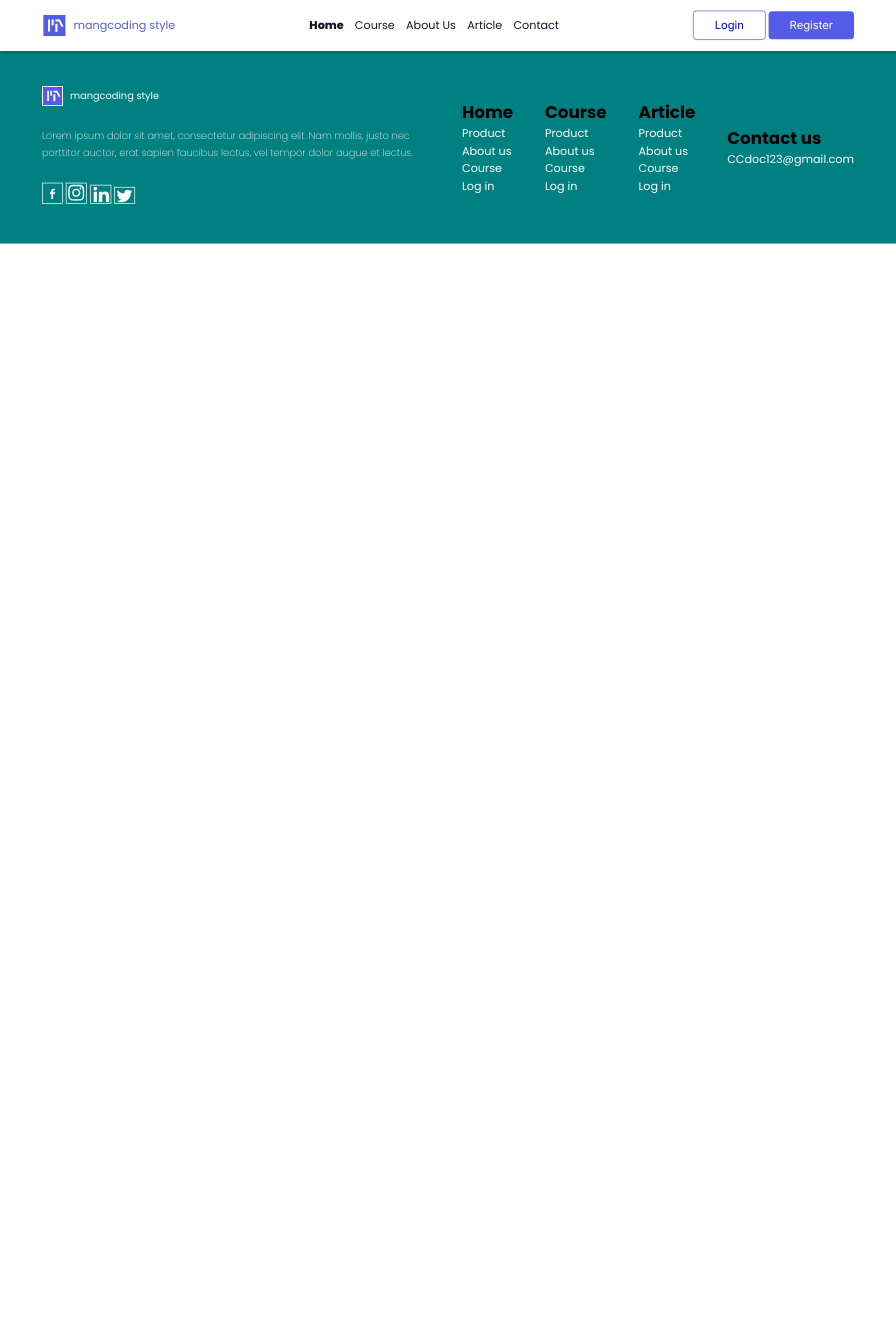
Repository: Dania-Alqam/landing-page
Page: index.html
These files come from the project's save history. The page is drawn as it stood at one moment and after a run of saves; the edit follows.
The browser window is 1280 px wide. The pictures show the part of the page from y = 0 to 1920 px (the page is 5000 px tall), at 70% of full size.

Above is the page before, as saved 2024-06-22 00:03:07.

After the next 4 saves:
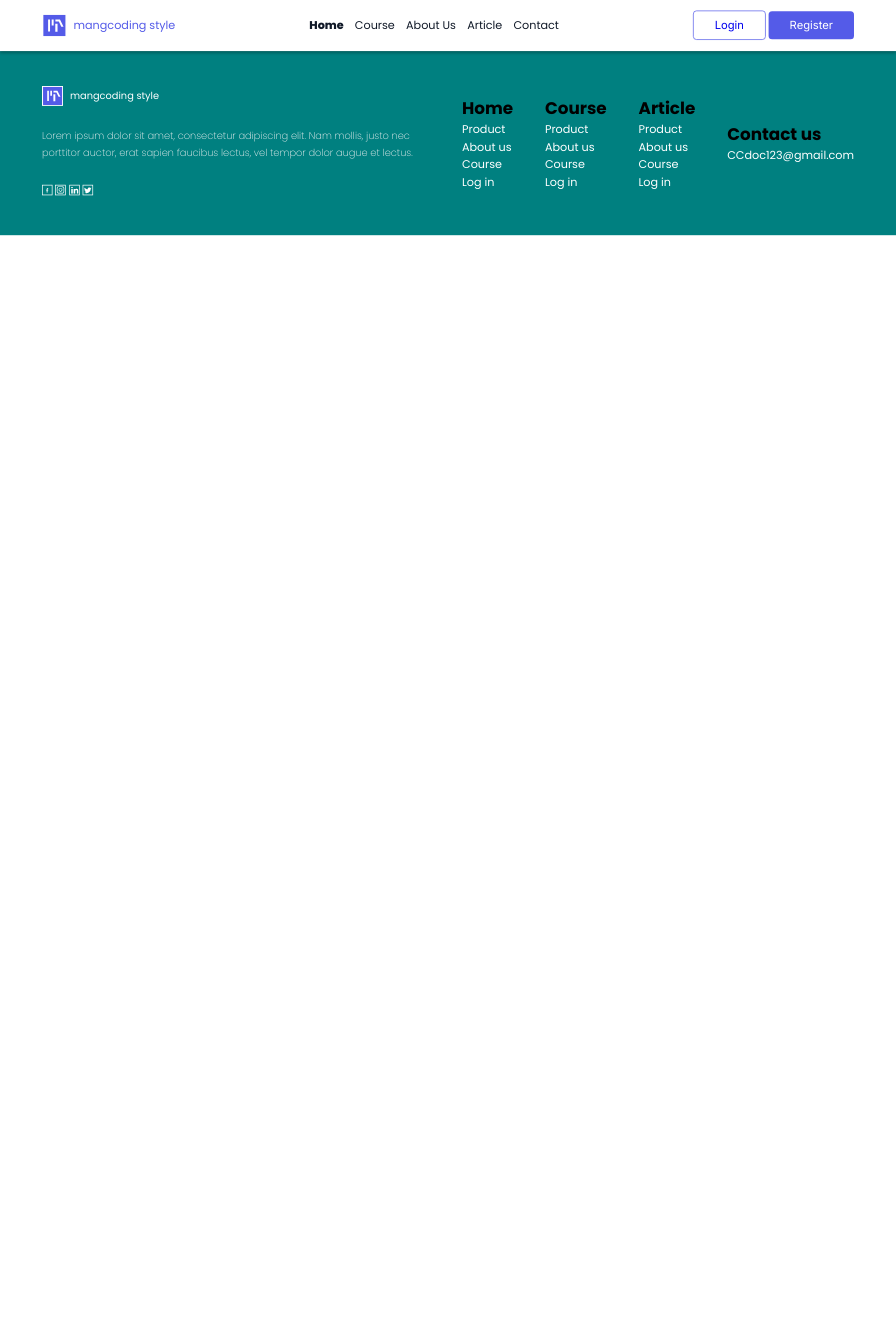
The 4 saves are shown as one change because they came seconds apart.
The last was saved 18 s later.
--- a/assests/css/main.css
+++ b/assests/css/main.css
@@ -105,7 +105,8 @@ font-weight: 800;
     font-weight: 200;
 }
 .footer .footer-start .icons img{
-    width: 30px;
+    width: 15px;
+    height: 15px;
     border: 1px solid #fff;
 }
 /* end footer */
